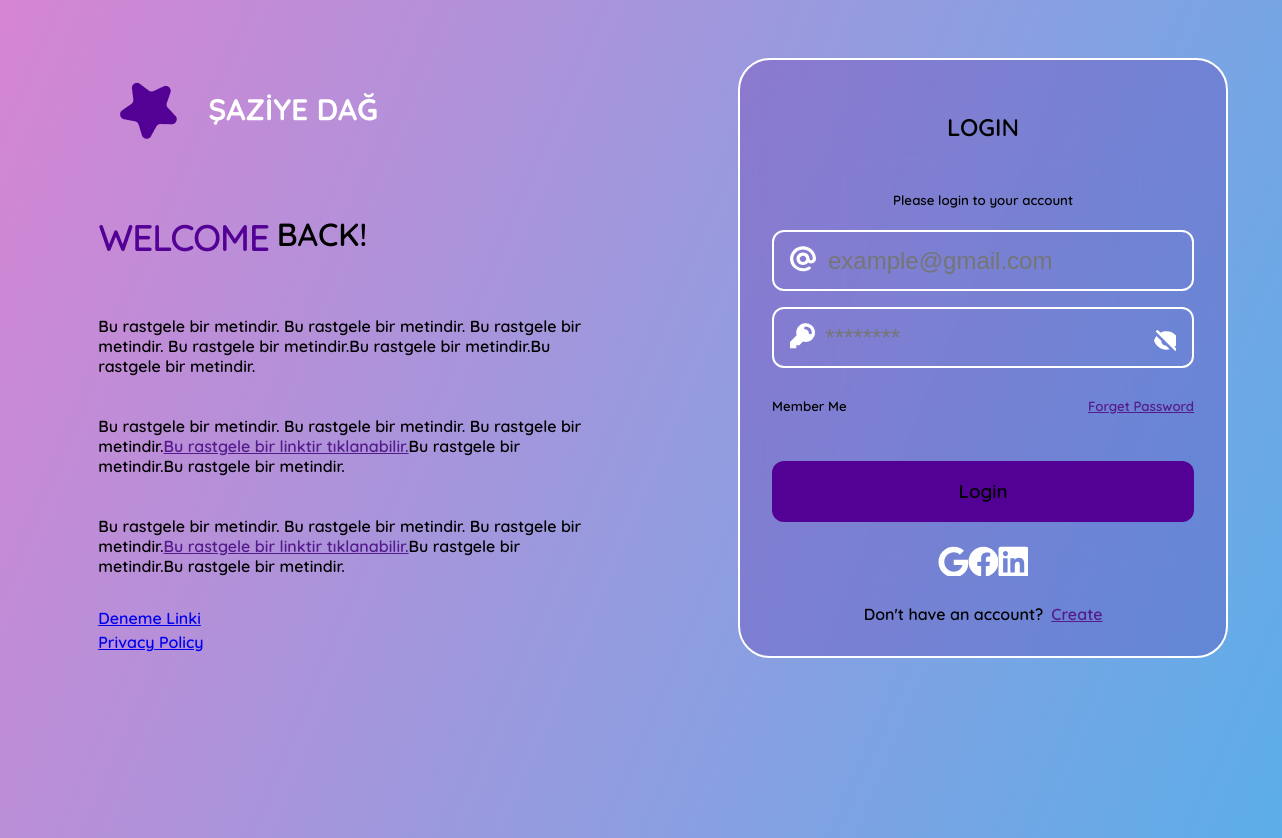
Repository: szydag/login
Page: /
An editor plug-in stored every save of this project. The page is shown before and after the next save, followed by the edit.
The browser window is 1280 px wide. The page is 1282 px wide, so the pictures cover 1282 px, including what lies to the right of the window. The pictures show the whole page.
The project was rebuilt for these pictures with package versions that can differ from the ones it lists, and the page was loaded fresh each time. Also part of the build but not shown: src/assets/svgr/unhiddenIcon/index.js.

Above is the page before, as saved 2023-11-02 00:49:44.

After the next save:
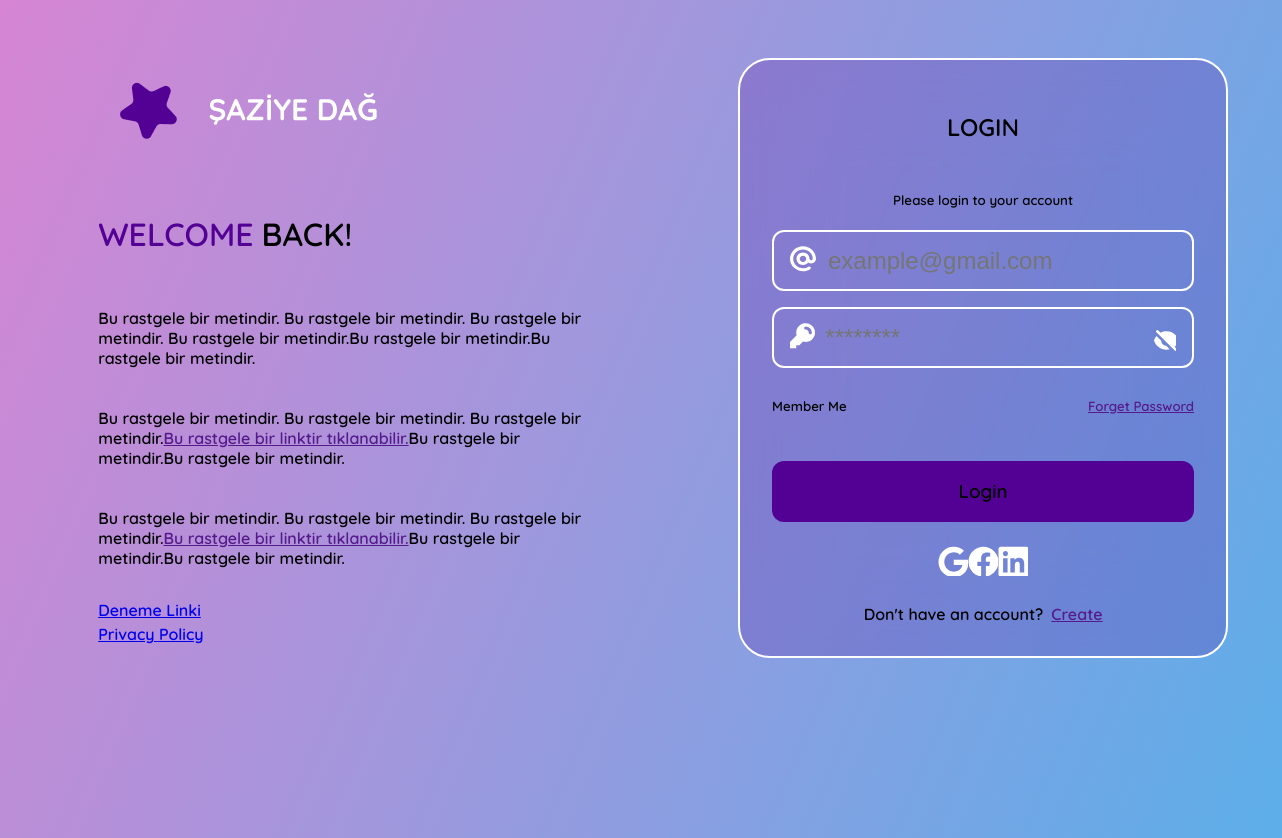
Saved 56 s later.
--- a/src/app/pages/login/style.js
+++ b/src/app/pages/login/style.js
@@ -72,13 +72,18 @@ const useStyles = createUseStyles({
         alignItems: 'flex-start',
         gap: '8px',
     },
-    welcomeText: {
-        color: '#530094',
+    titleText: {
         fontFamily: 'Quicksand-Regular',
         fontSize: '35px',
         fontStyle: 'normal',
         fontWeight: '700',
         lineHeight: 'normal',
+    },
+    welcomeText: {
+        color: '#530094',
+    },
+    backText:{
+        color: '#ffffff',
     },
     contentText: {
         display: 'flex',
